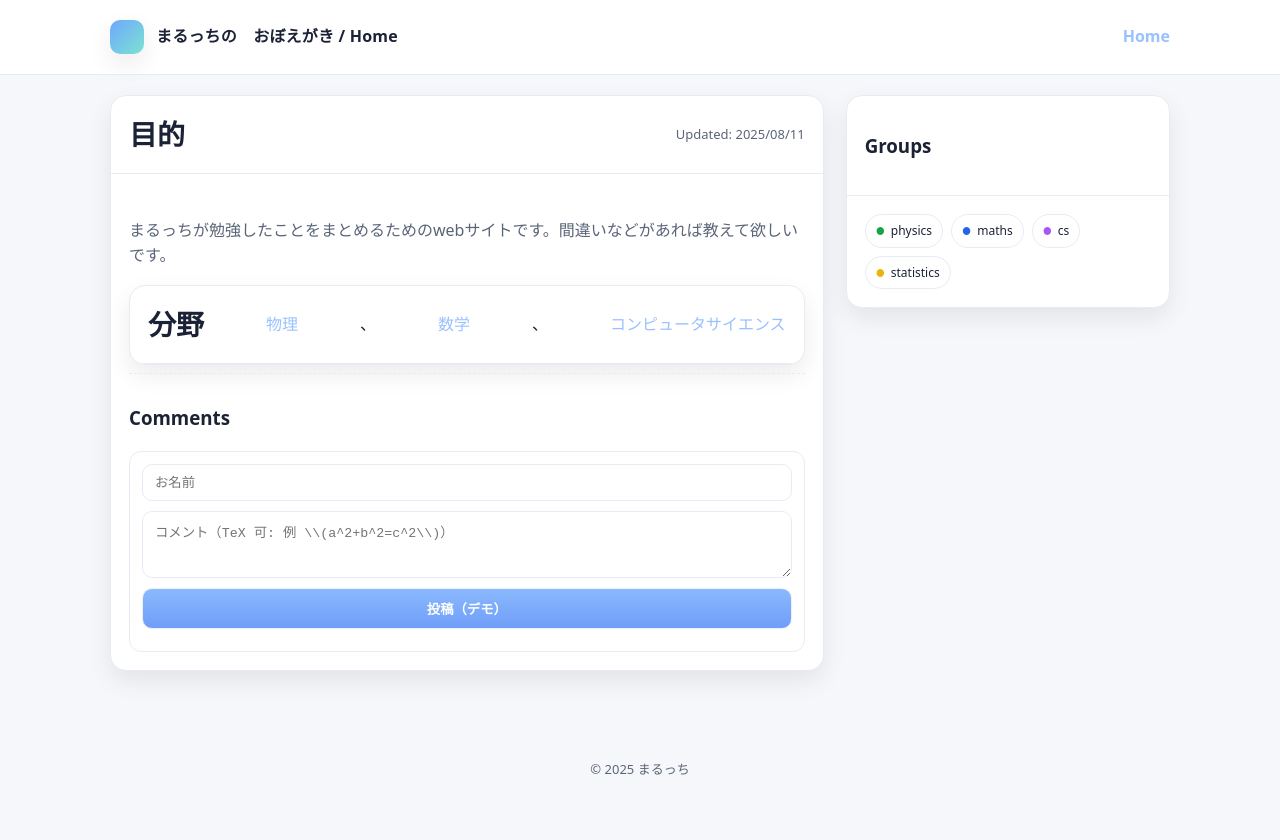
Repository: Riki-Mochimaru/tureduretunedune
Page: index.html
An editor plug-in stored every save of this project. The page is shown before and after a run of saves, followed by the edit.
The browser window is 1280 px wide. The pictures show the whole page.

Above is the page before, as saved 2025-08-11 23:23:11.

### index.html
<!DOCTYPE html>
<html lang="ja">
<head>
  <meta charset="utf-8" />
  <meta name="viewport" content="width=device-width, initial-scale=1" />
  <title>まるっちの おぼえがき— Home</title>
  <link rel="stylesheet" href="assets/styles.css">
</head>
<body>
  <header class="site">
    <div class="shell row">
      <div class="brand"><div class="brand-badge"></div><div>まるっちの　おぼえがき / Home</div></div>
      <nav>
        <a href="./">Home</a>
      </nav>
    </div>
  </header>

  <main class="shell">
    <section class="grid" aria-label="Articles and sidebar">
      <div>
        <article class="card post">
          <div class="hd">
            <h2>目的</h2>
            <div class="meta"><span>Updated: <time data-auto-updated datetime="">—</time></span></div>
          </div>
          <div class="bd">
            <p class="lead">まるっちが勉強したことをまとめるためのwebサイトです。間違いなどがあれば教えて欲しいです。</p>
            <div class="tags">
              <!-- <span class="tag" data-g="math"></span>
              <span class="tag" data-g="cs">#cs</span> -->
            </div>

            <!-- <h3>数式の例</h3>
            <div class="math">\\[ E = mc^2 \\]</div> -->
            <article class="card post">
              <div class="hd">
                <h2>分野</h2>
                <a href="physics/">物理</a>、<a href="maths/">数学</a>、<a href="cs/">コンピュータサイエンス</a>
              </div>
            </article>

            <section class="comments">
              <h3>Comments</h3>
              <form class="form" action="#" method="post">
                <input class="input" name="who" placeholder="お名前" required>
                <textarea class="textarea" name="body" rows="3" placeholder="コメント（TeX 可: 例 \\(a^2+b^2=c^2\\)）" required></textarea>
                <button class="btn" type="button" aria-disabled="true">投稿（デモ）</button>
                <div class="hint"></div>
              </form>
            </section>
          </div>
        </article>
      </div>

      <aside class="aside">
        <section class="card">
          <div class="hd"><h3>Groups</h3></div>
          <div class="bd">
            <div class="tags">
              <span class="tag" data-g="phys">physics</span>
              <span class="tag" data-g="math">maths</span>
              <span class="tag" data-g="cs">cs</span>
              <span class="tag" data-g="stats">statistics</span>
            </div>
          </div>
        </section>
      </aside>
    </section>
  </main>

  <footer class="site"><div class="shell">© 2025 まるっち</div></footer>

  <!-- 数式レンダリング（必要なら有効化） -->
  <script>
    window.MathJax = {
      tex: { inlineMath: [['$','$'], ['\\(','\\)']], displayMath: [['$$','$$'], ['\\[','\\]']] },
      options: { renderActions: { addMenu: [] } }
    };
  </script>
  <script src="https://cdn.jsdelivr.net/npm/mathjax@3/es5/tex-mml-chtml.js" async></script>
  <script>
    // Client-side: auto-fill "Updated" date from document.lastModified
    document.querySelectorAll('time[data-auto-updated]').forEach(t => {
      const d = new Date(document.lastModified);
      // ISO (yyyy-mm-dd)
      const iso = new Date(d.getTime() - d.getTimezoneOffset()*60000)
                    .toISOString().slice(0,10);
      t.setAttribute('datetime', iso);
      // Human-readable in Japanese (Asia/Tokyo)
      t.textContent = d.toLocaleDateString('ja-JP', {
        timeZone: 'Asia/Tokyo', year: 'numeric', month: '2-digit', day: '2-digit'
      });
    });
    </script>
</body>
</html>

### assets/styles.css
/* styles.css — Science Notes
   House style: British English prose; American English in code comments.
*/

/* =========================
   Design tokens
   ========================= */
   :root {
    --bg: #0b0c10;
    --surface: #0f1117;
    --card: #121520;
    --text: #e8ecf8;
    --subtle: #9aa3b2;
    --border: #1e2636;
    --brand: #6ea8fe;
    --accent: #7de2d1;
    --warn: #ffd166;
    --danger: #ff6b6b;
    --radius: 16px;
    --shadow: 0 10px 24px rgba(0,0,0,.35), 0 1px 0 rgba(255,255,255,.04) inset;
    --font-sans: ui-sans-serif, system-ui, -apple-system, Segoe UI, Roboto, Noto Sans JP, "Helvetica Neue", Arial;
    --font-mono: ui-monospace, SFMono-Regular, Menlo, Monaco, Consolas, "Liberation Mono", monospace;
  }
  @media (prefers-color-scheme: light) {
    :root {
      --bg: #f6f7fb; --surface: #ffffff; --card: #ffffff; --text: #1b2235; --subtle: #5b6578; --border: #e7ecf4;
      --shadow: 0 10px 24px rgba(0,0,0,.08);
    }
  }

  /* Base */
  *, *::before, *::after { box-sizing: border-box; }
  html, body { height: 100%; }
  body { margin: 0; font-family: var(--font-sans); background: var(--bg); color: var(--text); line-height: 1.6; }
  /* Accessible link look */
  a { color: #9ac1ff; text-decoration: none; }
  a:hover { text-decoration: underline; }

  /* Header */
  header.site { position: sticky; top: 0; z-index: 10; background: color-mix(in oklab, var(--surface) 92%, transparent); border-bottom: 1px solid var(--border); backdrop-filter: blur(6px); }
  .shell { max-width: 1100px; margin: 0 auto; padding: 20px; }
  .row { display: grid; grid-template-columns: 1fr auto; align-items: center; gap: 16px; }
  .brand { display: flex; align-items: center; gap: 12px; font-weight: 800; letter-spacing: .2px; }
  .brand-badge { width: 34px; height: 34px; border-radius: 10px; background: linear-gradient(135deg, var(--brand), var(--accent)); box-shadow: var(--shadow); }
  nav a { margin-left: 16px; font-weight: 600; }

  /* Layout */
  main { padding-top: 10px; }
  .grid { display: grid; grid-template-columns: 2.2fr 1fr; gap: 22px; align-items: start; }
  @media (max-width: 980px) { .grid { grid-template-columns: 1fr; } }

  /* Cards */
  .card { background: var(--card); border: 1px solid var(--border); border-radius: var(--radius); box-shadow: var(--shadow); overflow: clip; }
  .card .hd { padding: 16px 18px; border-bottom: 1px solid var(--border); display:flex; align-items:center; justify-content: space-between; }
  .card .bd { padding: 18px; }

  /* Tag/Group chips */
  .tags { display:flex; flex-wrap: wrap; gap: 8px; }
  .tag { --c: #334155; color: var(--text); font-size: 12px; padding: 6px 10px; border: 1px solid var(--border); border-radius: 999px; background: color-mix(in oklab, var(--card) 88%, transparent); }
  .tag[data-g="math"]   { --c: #2563eb; }
  .tag[data-g="phys"]   { --c: #16a34a; }
  .tag[data-g="cs"]     { --c: #a855f7; }
  .tag[data-g="stats"]  { --c: #eab308; }
  .tag[data-g="ethics"] { --c: #ef4444; }
  .tag::before { content: "●"; font-size: 10px; margin-right: 6px; color: var(--c); }

  /* Article */
  article.post { display: grid; gap: 10px; }
  article.post h2 { margin: 0; font-size: clamp(20px, 2.6vw, 28px); }
  .meta { color: var(--subtle); font-size: 13px; display:flex; gap: 12px; flex-wrap: wrap; }
  .lead { color: var(--subtle); }

  /* Math blocks (TeX text before JS render) */
  .math { font-family: var(--font-mono); background: color-mix(in oklab, var(--card) 90%, transparent); border: 1px dashed var(--border); border-radius: 10px; padding: 10px 12px; overflow:auto; }
  .eqno { float: right; color: var(--subtle); margin-left: 8px; }

  /* Comment UI (static) */
  .comments { margin-top: 8px; border-top: 1px dashed var(--border); padding-top: 10px; }
  .comment { display: grid; grid-template-columns: 40px 1fr; gap: 10px; padding: 12px 0; }
  .comment + .comment { border-top: 1px dashed var(--border); }
  .avatar { width: 40px; height: 40px; border-radius: 50%; background: linear-gradient(135deg, var(--brand), var(--accent)); display:grid; place-items:center; font-weight: 800; color: #0008; }
  .who { font-weight: 700; }
  .when { color: var(--subtle); font-size: 12px; }

  /* Simple form look (non-functional without JS/backend) */
  .form { display: grid; gap: 10px; background: color-mix(in oklab, var(--card) 90%, transparent); border: 1px solid var(--border); border-radius: 12px; padding: 12px; }
  .input, .textarea { width: 100%; padding: 10px 12px; border-radius: 10px; border: 1px solid var(--border); background: var(--surface); color: var(--text); outline: none; }
  .input:focus, .textarea:focus { box-shadow: 0 0 0 6px #2a5fff33; }
  .btn { display: inline-flex; align-items: center; justify-content: center; gap: 8px; padding: 10px 14px; font-weight: 700; border-radius: 10px; border: 1px solid var(--border); background: linear-gradient(180deg, var(--brand), #4d86f7); color: #fff; cursor: not-allowed; opacity: .8; }
  .hint { font-size: 12px; color: var(--subtle); }

  /* Aside */
  .aside .card + .card { margin-top: 18px; }
  .list { display: grid; gap: 10px; }

  /* Footer */
  footer.site { margin-top: 28px; color: var(--subtle); font-size: 13px; text-align: center; padding: 20px 0 40px; }

  /* Print */
  @media print {
    header.site, footer.site { display:none; }
    .card { box-shadow: none; border-color: #ccc; }
    a { color: #000; text-decoration: none; }
  }

After the next 2 saves:
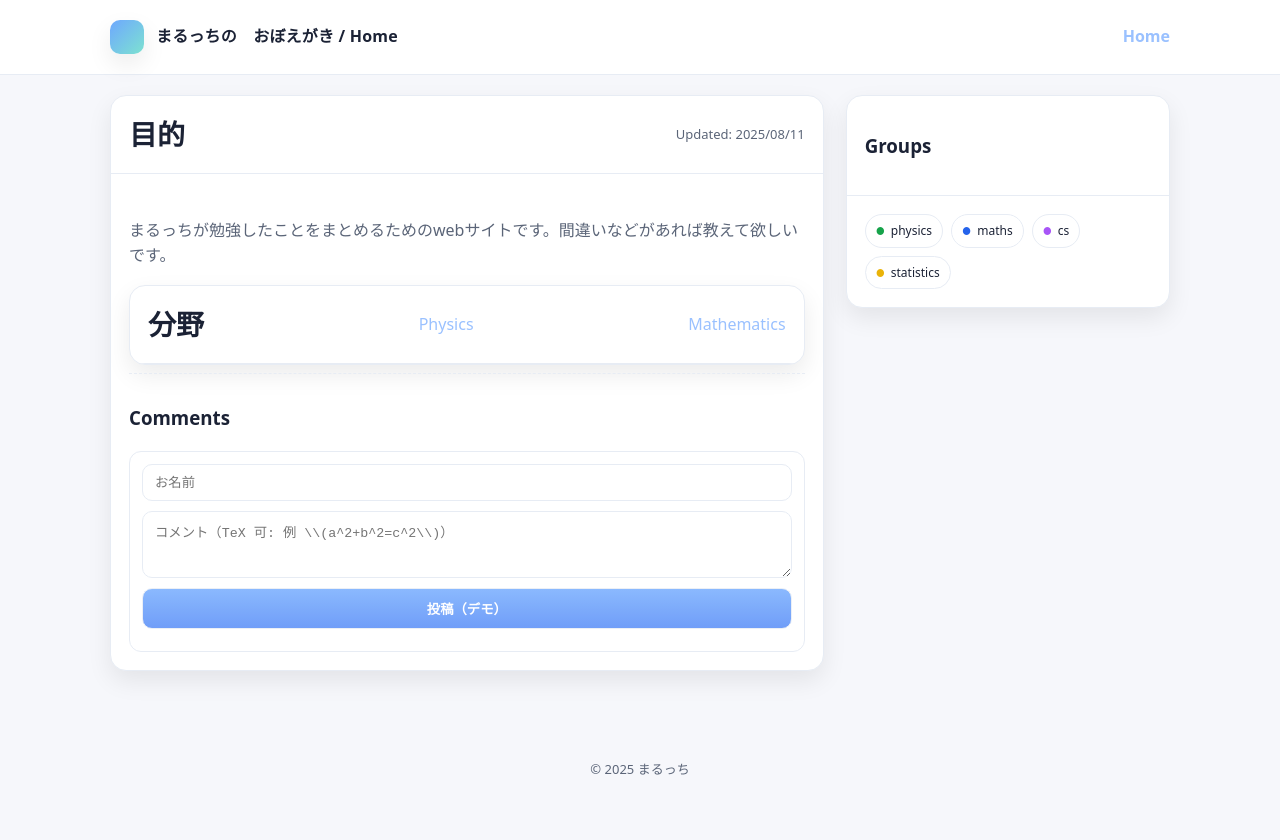
The 2 saves are shown as one change because they came seconds apart.
The last was saved 10 s later.
--- a/index.html
+++ b/index.html
@@ -36,7 +36,8 @@
             <article class="card post">
               <div class="hd">
                 <h2>分野</h2>
-                <a href="physics/">物理</a>、<a href="maths/">数学</a>、<a href="cs/">コンピュータサイエンス</a>
+                <a href="physics/">Physics</a>
+                <a href="maths/">Mathematics</a>
               </div>
             </article>
 
